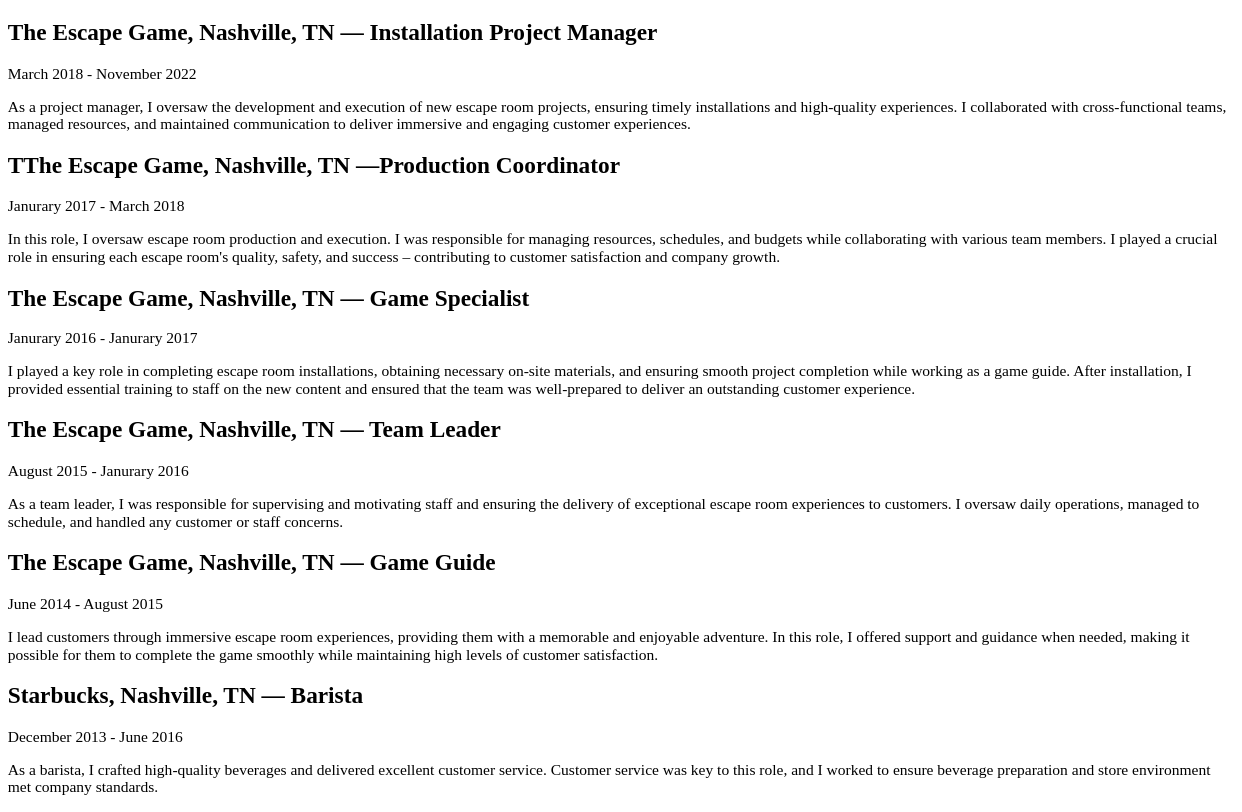
Repository: jgramirez0210/LAB-HTML-Resume
Page: index.html
The author's editor kept a copy of each file at every save. The page is drawn from the files as they stood at one save, then again after a run of saves.
The browser window is 1280 px wide. The pictures show the whole page, at 97% of full size.

Above is the page before, as saved 2023-10-09 21:30:58.

After the next 2 saves:
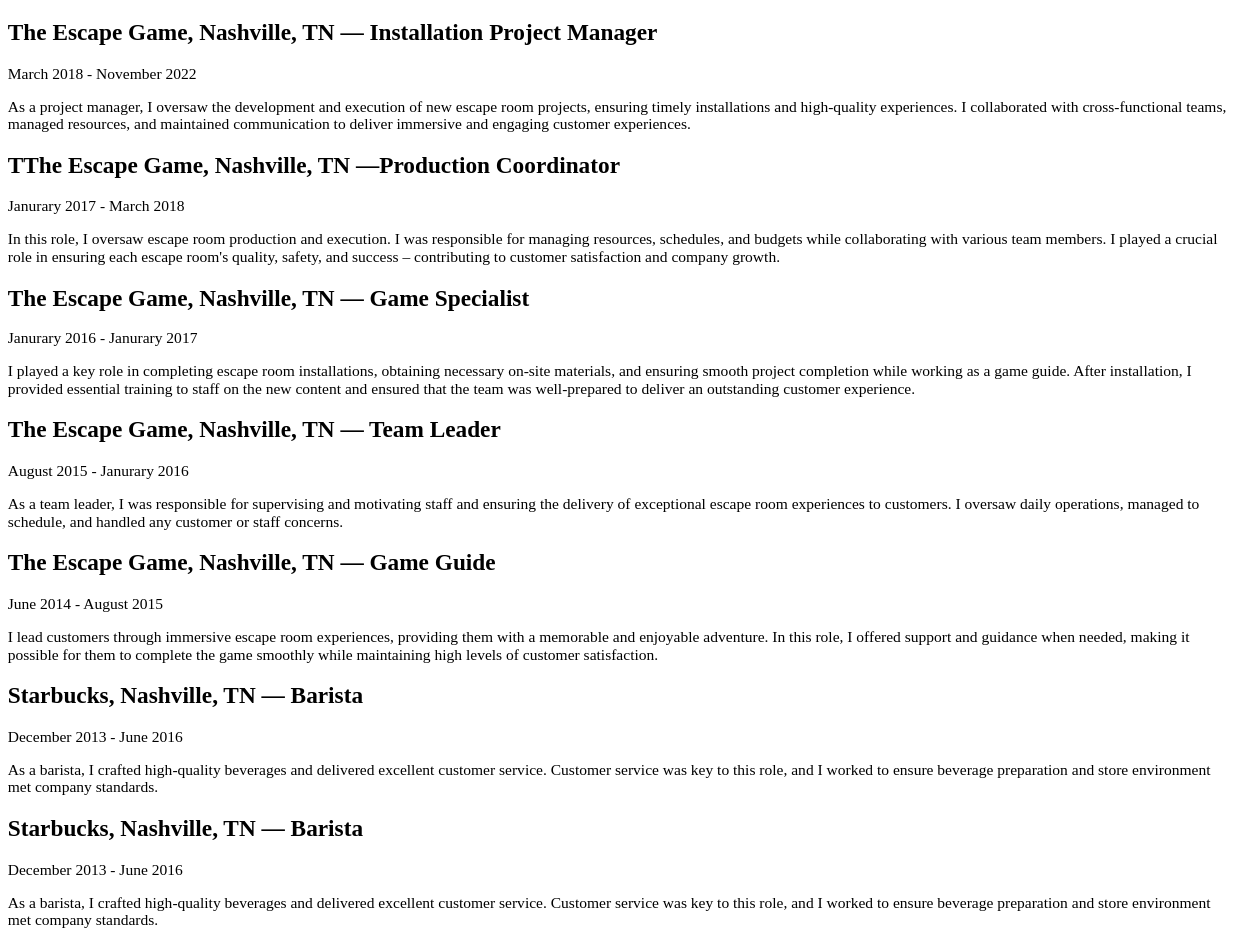
The 2 saves are shown as one change because they came seconds apart.
The last was saved 100 s later.
--- a/index.html
+++ b/index.html
@@ -41,5 +41,11 @@
     <p>As a barista, I crafted high-quality beverages and delivered excellent customer service. Customer service was key to this role, and I worked to ensure beverage preparation and store environment met company standards.
     </p>
   </article>
+  <article>
+    <h2>Starbucks, Nashville, TN — Barista</h2>
+    <time datetime="2013-12" >December 2013</time> - <time datetime="2014-06" >June 2016</time></time>
+    <p>As a barista, I crafted high-quality beverages and delivered excellent customer service. Customer service was key to this role, and I worked to ensure beverage preparation and store environment met company standards.
+    </p>
+  </article>
 </body>
 </html>
